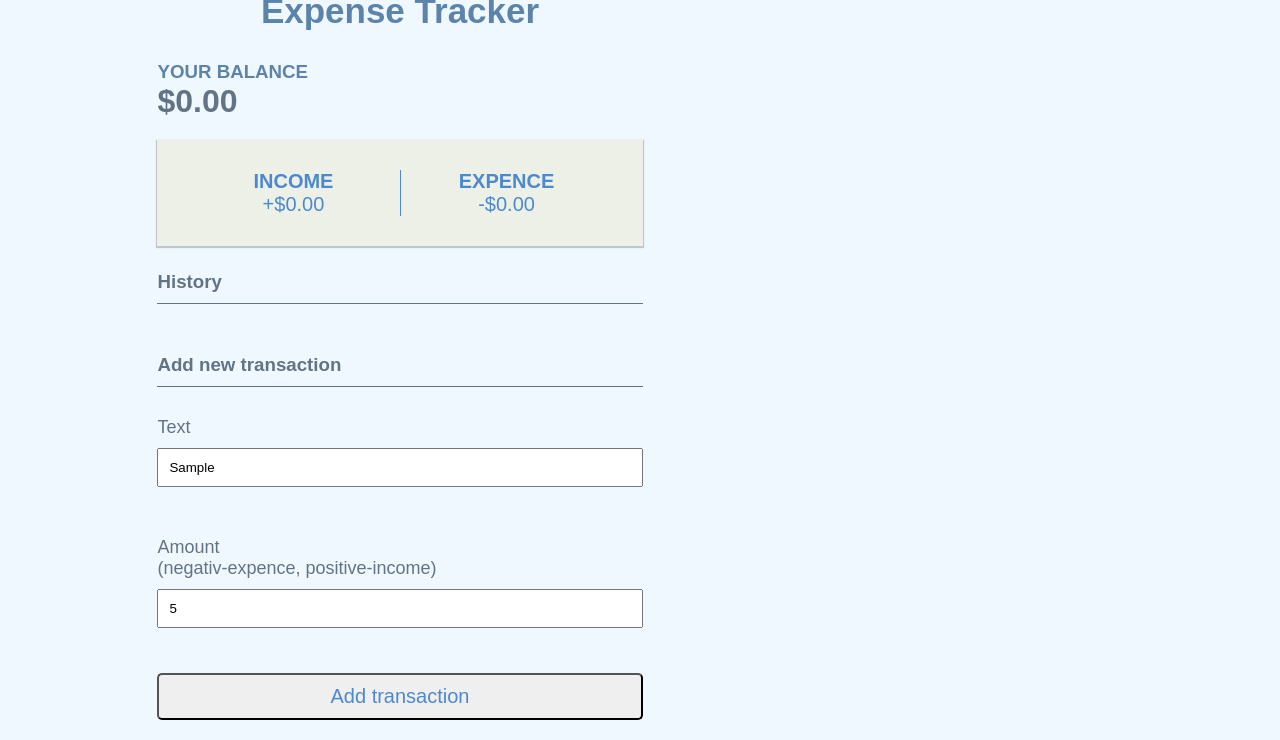
Repository: AbrorjonKuchkarov/expence-tracker-
Page: index.html
These files come from the project's save history. The page is drawn as it stood at one moment and after the next save; the edit follows.
The browser window is 1280 px wide. The pictures show the whole page.
Empty fields were first filled with sample values (such as "Sample", 5 or name@example.com).
After loading, the first visible `#form` was submitted once.

Above is the page before, as saved 2022-03-01 17:06:53.

### index.html
<!DOCTYPE html>
<html lang="en">
<head>
   <meta charset="UTF-8">
   <meta http-equiv="X-UA-Compatible" content="IE=edge">
   <meta name="viewport" content="width=device-width, initial-scale=1.0">
   <link rel="stylesheet" href="style.css">
   <title>Expense Tracker</title>
</head>
<body>
   <h1>Expense Tracker</h1>

   <div class="container">
      <h3>Your Balance</h3>
      <h1 id="balance">$0.00</h1>

      <div class="inc-exp-container">
         <div>
            <h4>Income</h4>
            <p id="money-plus" class="money-plus">+$0.00</p>
         </div>
         <div>
            <h4>Expence</h4>
            <p id="money-minus" class="money-minus">-$0.00</p>
         </div>
      </div>

      <h3 class="h3">History</h3>
      <ul id="ul" class="list">
         <!-- <li class="minus">
            Cash <span>-$400</span><button class="delete-btn">x</button>
         </li> -->
      </ul>

      <h3 class="h3">Add new transaction</h3>
      <form id="form">
         <div class="form-control">
            <label for="text">Text</label>
            <input type="text" id="text" placeholder="Enter amount..." >
         </div>
         <div class="form-control">
            <label for="amount">Amount <br>
            (negativ-expence, positive-income)</label>
            <input type="number" id="amount" placeholder="Enter amount...">
         </div>
         <button class="btn">Add transaction</button>
      </form>

   </div>

   <script src="app.js"></script>
</body>
</html>

### style.css
*{
   box-sizing: border-box;
   margin: 0;
}

body{
   padding: 20px;
   background-color: aliceblue;
   font-family: Arial, Helvetica, sans-serif;
   display: flex;
   flex-direction: column;
   align-items: center;
   justify-content: center;
   height: 100vh;
   max-width: 800px;
}

body > h1{
   margin-bottom: 20px;
   font-size: 35px;
   color: rgb(92, 132, 170);
   padding: 10px;
}

 .container > h3:first-of-type {
   text-transform: uppercase;
   color: rgb(92, 132, 170);
}

.container > h1 {
   color: rgb(97, 115, 133);
   margin-bottom: 20px;
}

.inc-exp-container {
   display: flex;
   /* align-items: center; */
   justify-content: center;
   /* text-align: center; */
   padding: 30px;
   margin-bottom: 25px;
   background-color: rgb(237, 240, 230);
   color: rgb(76, 137, 207);
   font-size: 20px;
   box-shadow: 0 1px 1px 1px rgba(0, 0, 0, 0.2) ;
   text-transform: uppercase;
}

.inc-exp-container > div {
   flex: 1;
   text-align: center;
}

.inc-exp-container > div:first-of-type {
   border-right: 1px solid rgb(76, 137, 207);
}

.h3 {
   margin: 15px 0;
   padding-bottom: 10px;
   color: rgb(97, 115, 133);
   border-bottom: 1px solid rgb(97, 115, 133);
}

.list {
   margin-bottom: 50px;
   list-style-type: none;
   padding: 0;
}

.list li {
   display: flex;
   justify-content: space-between;
   align-items: center;
   position: relative;
   padding: 7px;
   border: 1px solid rgb(237, 240, 230);
   margin: 5px 0;
   color: rgb(92, 132, 170);
   box-shadow: 0 1px 1px 0 rgba(0, 0, 0, 0.2) ;
   background-color: #fff;
   cursor: pointer;
   font-size: 18px;
}

.list li.minus {
   border-right: 5px solid red;
}

.list li.plus {
   border-right: 5px solid blueviolet;
}

.delete-btn {
   border: none;
   background-color: red;
   color: #fff;
   font-size: 18px;
   position: absolute;
   top: 50;
   left: 0;
   transform: translate(-100%);
   opacity: 0;
   transition: opacity 0.3s ease-in;
   cursor: pointer;
}

.list li:hover .delete-btn {
   opacity: 1;
}



#form {
   display: flex;
   flex-direction: column;
   justify-content: center;
}

.form-control {
   display: inline-block;
   color: rgb(97, 115, 133);
   font-size: 18px;
   margin: 15px 0;
}


#text,
#amount,
.btn {
   margin: 10px 0 20px;
   padding: 10px;
   width: 100%;
   outline: none;
}

.btn {
border-radius: 5px;
cursor: pointer;
font-size: 20px;
color: rgb(76, 137, 207);
}

### app.js
const balance = document.getElementById('balance');
const moneyPlus = document.getElementById('money-plus');
const moneyMinus = document.getElementById('money-minus');
const ul = document.getElementById('ul');
const form = document.getElementById('form');
const text = document.getElementById('text');
const amount = document.getElementById('amount');

let transactions = [];

function addTransaction (e) {
   e.preventDefault();

   if(text.value.trim() === '' || amount.value.trim() === ''){
      alert('Please enter the values');
   }else{
      const transaction = {
         id: randomId(),
         text: text.value,
         amount: +amount.value
      }

      transactions.push(transaction);

      addTransactionToDOM(transaction);
   }
}

function randomId(){
   return Math.floor(Math.random()*10000)
}

function addTransactionToDOM(transaction){
   const sign = transaction.amount > 0 ? '+' : '-';

   const list = document.createElement('li');

   list.classList.add(transaction.amount > 0 ? 'plus' : 'minus');

   list.innerHTML = `
      ${transaction.text} <span> ${sign}$${transaction.amount} </span><button class='delete-btn'>x</button>
   `
}



form.addEventListener('submit', addTransaction)

After the next save:
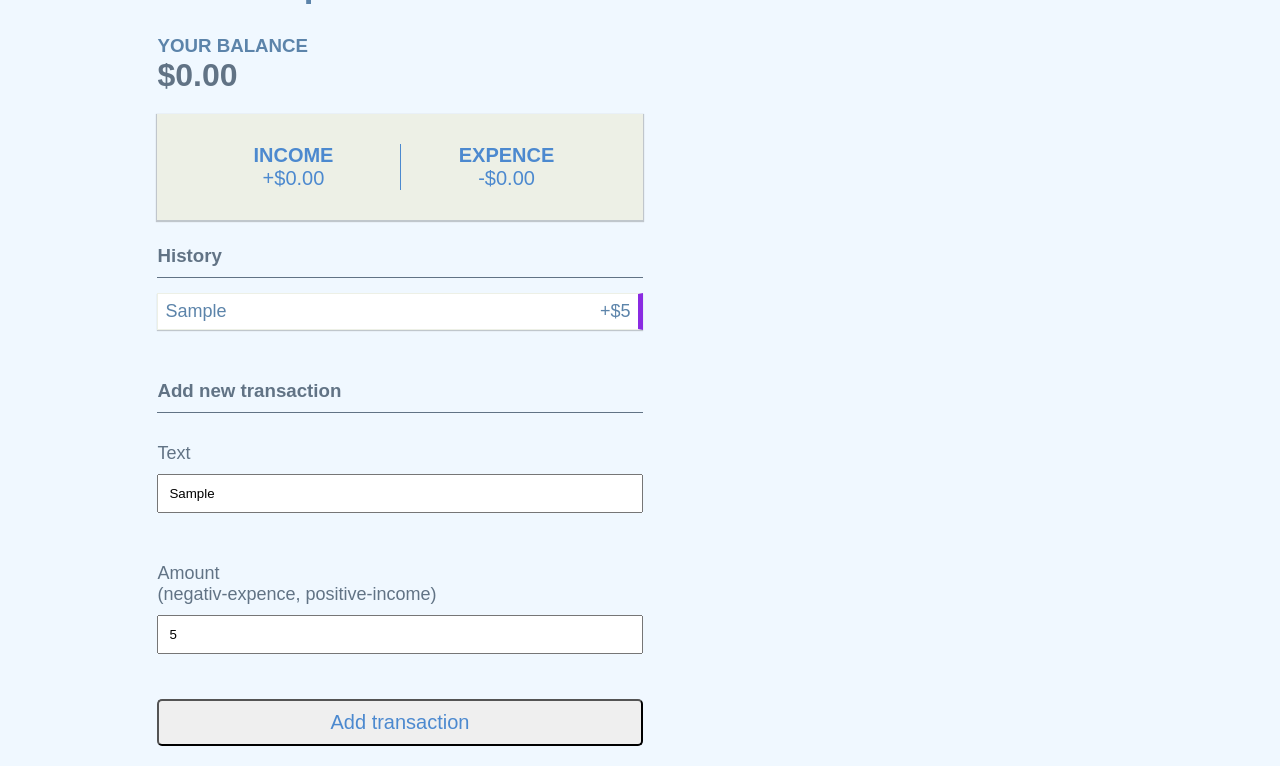
Saved 56 s later.
--- a/app.js
+++ b/app.js
@@ -39,7 +39,9 @@ function addTransactionToDOM(transaction){
 
    list.innerHTML = `
       ${transaction.text} <span> ${sign}$${transaction.amount} </span><button class='delete-btn'>x</button>
-   `
+   `;
+
+   ul.appendChild(list)
 }
 
 
